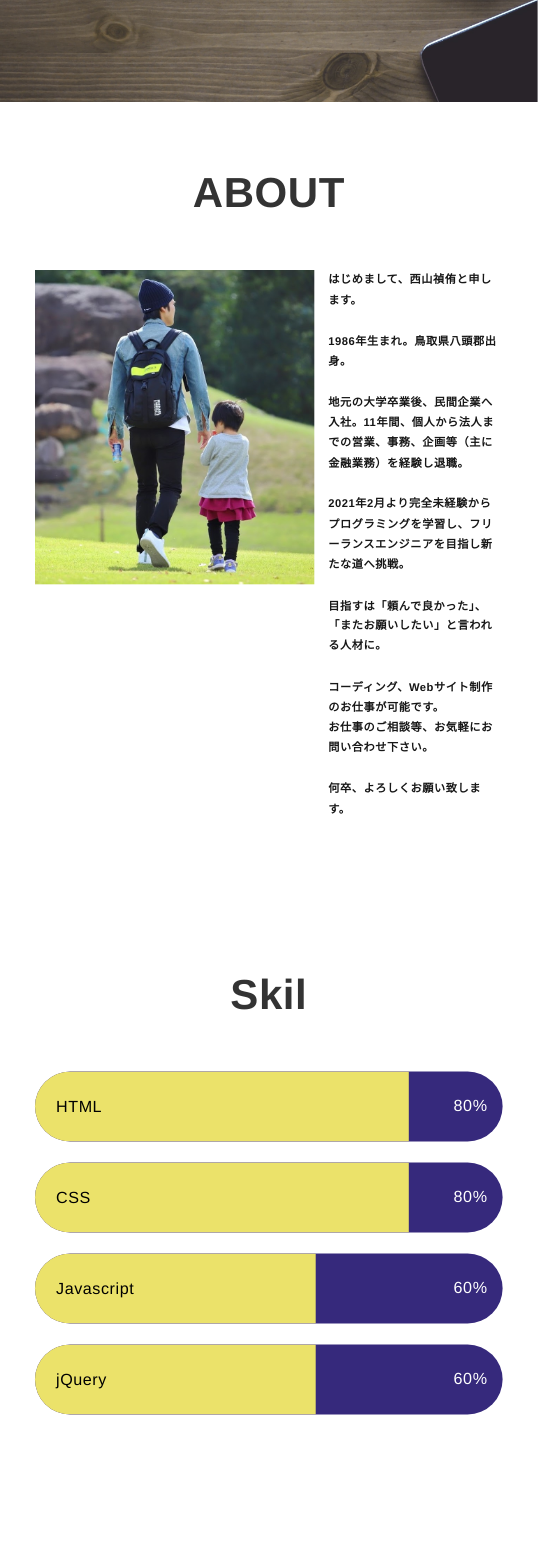
Repository: sadayuki15/portfolio
Page: index.html
The author's editor kept a copy of each file at every save. The page is drawn from the files as they stood at one save, then again after a run of saves.
The browser window is 768 px wide. The pictures show the part of the page from y = 654 to 2894 px (the page is 4283 px tall before and 4163 px after), at 70% of full size.

Above is the page before, as saved 2021-04-26 01:50:21.

After the next 2 saves:
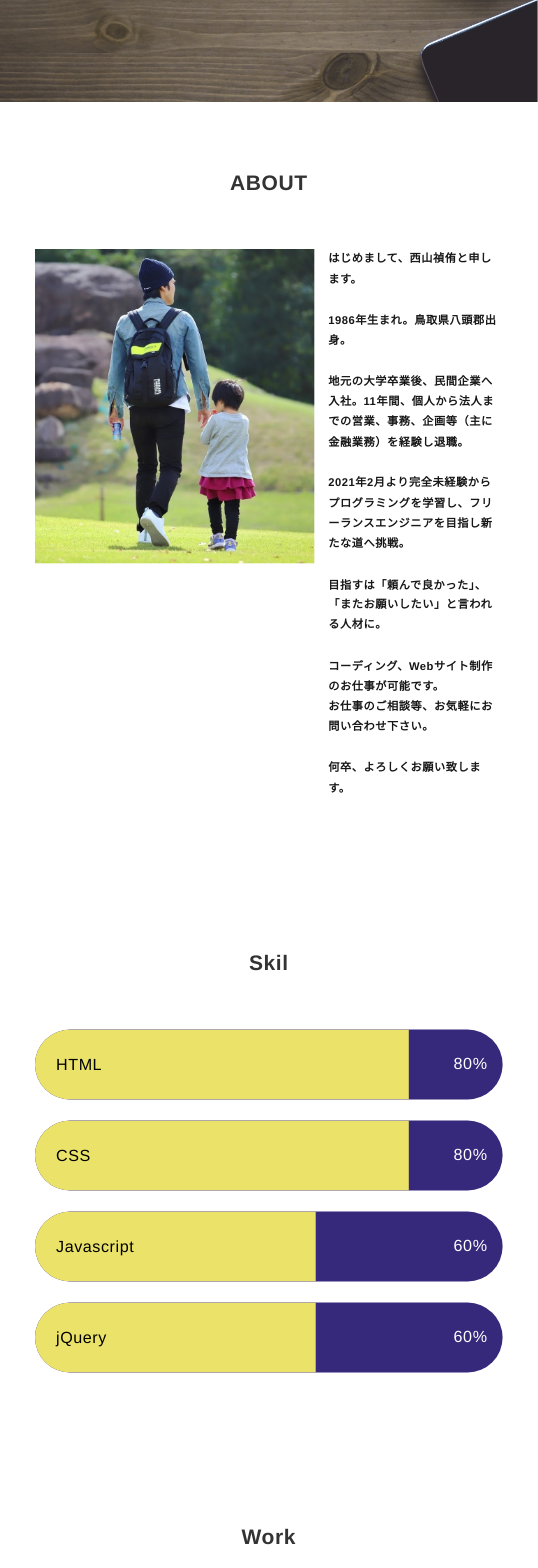
The 2 saves are shown as one change because they came seconds apart.
The last was saved 4 s later.
--- a/css/style.css
+++ b/css/style.css
@@ -313,7 +313,7 @@ button {
   }
   .section-title {
     padding: 0 4vw;
-    font-size
+    font-size: 3rem;
   }
 
   /*-------- header -------*/
